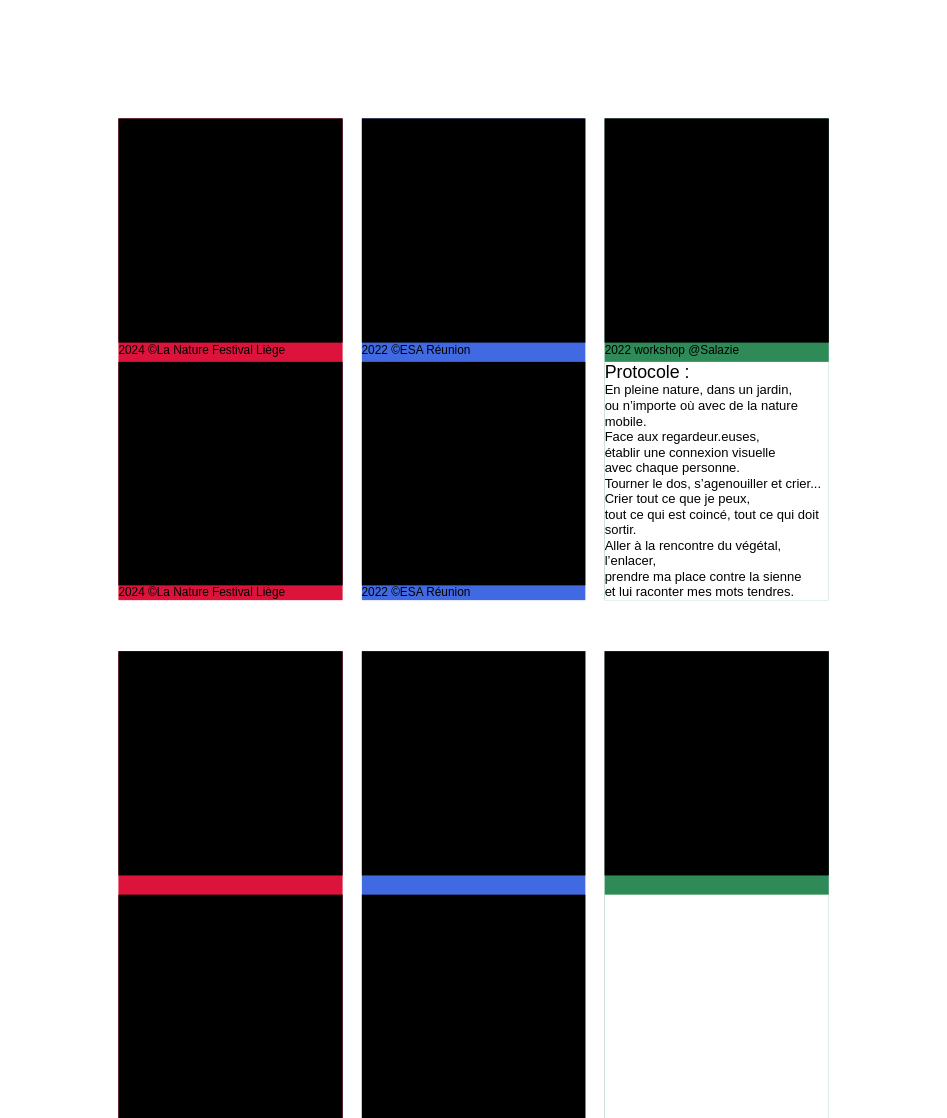
Repository: brunrhb/oce-p
Page: index.html
These files come from the project's save history. The page is drawn as it stood at one moment and after the next save; the edit follows.
The browser window is 1280 px wide. The pictures show the whole page, at 74% of full size.

Above is the page before, as saved 2025-06-04 17:50:55.

### index.html
<!DOCTYPE html>
<html lang="fr">
<head>
  <meta charset="UTF-8">
  <meta name="viewport" content="width=device-width, initial-scale=1.0">
  <title>Grid 3 colonnes avec placeholders</title>
  <link rel="stylesheet" href="styles.css">
  <script defer src="content.js"></script>
</head>
<body>



  <section PROJET1 LIASONS VEGETALES>

<div class="grid-p1s1" id="partie1">

<div class="col-p1s1-1">
  <div class="media-block">
    <div class="placeholder-p1s1"></div>
    <p class="credit" data-content="p1s1-credit1"></p>
  </div>

  <div class="media-block">
    <div class="placeholder-p1s1"></div>
    <p class="credit" data-content="p1s1-credit2"></p>
  </div>
</div>

    <div class="col-p1s1-2">
      <div class="media-block">
        <div class="placeholder-p1s1"></div>
        <p class="credit" data-content="p1s1-credit3"></p>
      </div>
      <div class="media-block">
        <div class="placeholder-p1s1"></div>
        <p class="credit" data-content="p1s1-credit4"></p>
      </div>
    </div>

    <div class="col-p1s1-3">
      <div class="media-block">
        <div class="placeholder-p1s1"></div>
        <p class="credit" data-content="p1s1-credit5"></p>
      </div>
     <div class="text-block-p1s1">
       <p class="protocole-titre" data-content="p1s1-protocole-titre"></p>
       <p class="protocole-corps" data-content="p1s1-protocole-corps"></p>
    </div>

  </div>

</div>

<div class="grid-p1s1" id="partie2">

<div class="col-p1s1-1">
  <div class="media-block">
    <div class="placeholder-p1s1"></div>
    <p class="credit" data-content="p1s1-credit1"></p>
  </div>

  <div class="media-block">
    <div class="placeholder-p1s1"></div>
    <p class="credit" data-content="p1s1-credit2"></p>
  </div>
</div>

    <div class="col-p1s1-2">
      <div class="media-block">
        <div class="placeholder-p1s1"></div>
        <p class="credit" data-content="p1s1-credit3"></p>
      </div>
      <div class="media-block">
        <div class="placeholder-p1s1"></div>
        <p class="credit" data-content="p1s1-credit4"></p>
      </div>
    </div>

    <div class="col-p1s1-3">
      <div class="media-block">
        <div class="placeholder-p1s1"></div>
        <p class="credit" data-content="p1s1-credit5"></p>
      </div>
     <div class="text-block-p1s1">
       <p class="protocole-titre" data-content="p1s1-protocole-titre"></p>
       <p class="protocole-corps" data-content="p1s1-protocole-corps"></p>
    </div>

  </div>

</div>

  </section>

</body>
</html>

### styles.css
body {
  margin: 0;
  font-family: sans-serif;
}

/* #region PROJET1 LIASONS VEGETALES*/

/* 1 grille et colonnes */

.grid-p1s1 {
  display: grid;
  grid-template-columns: 1fr 1fr 1fr;
  height: calc(100vh - 20rem);
  padding: 10rem;
  column-gap: 2vw;
}

.col-p1s1-1 {
  display: flex;
  flex-direction: column;
  justify-content: flex-start;
  gap: 2vw;


  background-color: crimson;
}

.col-p1s1-2 {
  display: flex;
  flex-direction: column;
  justify-content: flex-start;
  gap: 2vw;

  background-color: royalblue;
}

.col-p1s1-3 {
  display: flex;
  flex-direction: column;
  justify-content: flex-start;
  gap: 2vw;

  background-color: seagreen;
}


/* 2 blocks et elements */

.media-block {
  display: block;
  width: 100%;
}

.placeholder-p1s1 {
  aspect-ratio: 1 / 1;
  width: 100%;
  background-color: black;
}

.credit {
  position: absolute;
  font-size: 1rem;
  line-height: 1.2;
  margin: 0;

}

.text-block-p1s1 {
  display: flex;
  flex-direction: column;
  justify-content: flex-end;

  width: 100%;
  aspect-ratio: 1 / 1;
  background-color: white;

  padding: 0;
  margin: 0;
  gap: 0;
}

.protocole-titre {
  font-size: 1.5rem;
  margin: 0;
  padding: 0;
}

.protocole-corps {
  font-size: 1.1rem;
  margin: 0;
  padding: 0;
}

/* #endregion */

### content.js
const content = {};

// #region p1s1
content["p1s1-credit1"] = "2024 ©La Nature Festival Liège";
content["p1s1-credit2"] = "2024 ©La Nature Festival Liège";
content["p1s1-credit3"] = "2022 ©ESA Réunion";
content["p1s1-credit4"] = "2022 ©ESA Réunion";
content["p1s1-credit5"] = "2022 workshop @Salazie";

content["p1s1-protocole-titre"] = "Protocole :";
content["p1s1-protocole-corps"] = `
  En pleine nature, dans un jardin,<br>
  ou n’importe où avec de la nature mobile.<br>
  Face aux regardeur.euses,<br>
  établir une connexion visuelle<br>
  avec chaque personne.<br>
  Tourner le dos, s’agenouiller et crier...<br>
  Crier tout ce que je peux,<br>
  tout ce qui est coincé, tout ce qui doit sortir.<br>
  Aller à la rencontre du végétal, l’enlacer,<br>
  prendre ma place contre la sienne<br>
  et lui raconter mes mots tendres.
`;
// #endregion

// #region injection
window.addEventListener("DOMContentLoaded", () => {
  Object.entries(content).forEach(([key, value]) => {
    const el = document.querySelector(`[data-content="${key}"]`);
    if (el) el.innerHTML = value;
  });
});
// #endregion

After the next save:
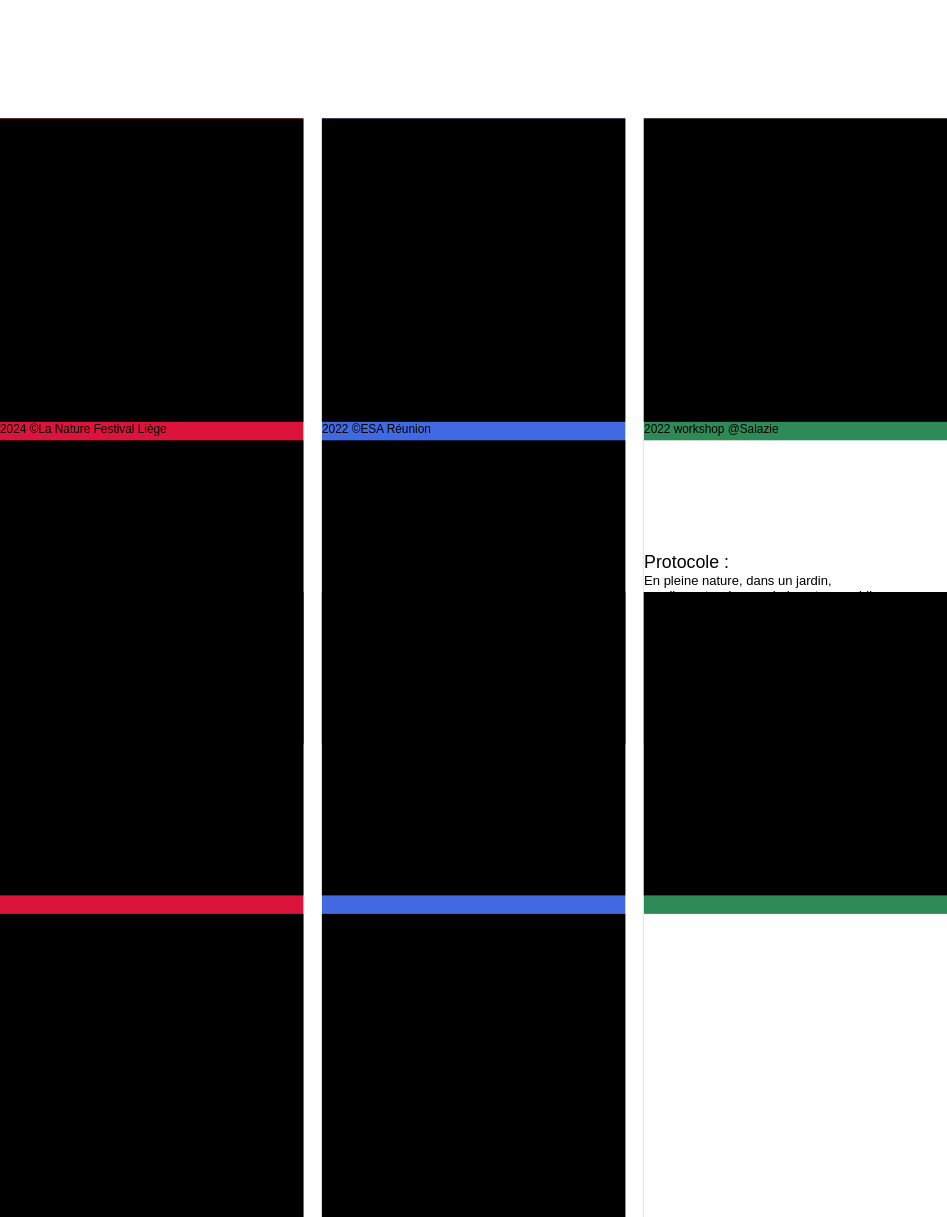
Saved 3 min 51 s later.
--- a/styles.css
+++ b/styles.css
@@ -11,7 +11,8 @@ body {
   display: grid;
   grid-template-columns: 1fr 1fr 1fr;
   height: calc(100vh - 20rem);
-  padding: 10rem;
+  padding-top: 10rem;
+  padding-bottom: 5rem;
   column-gap: 2vw;
 }
 
